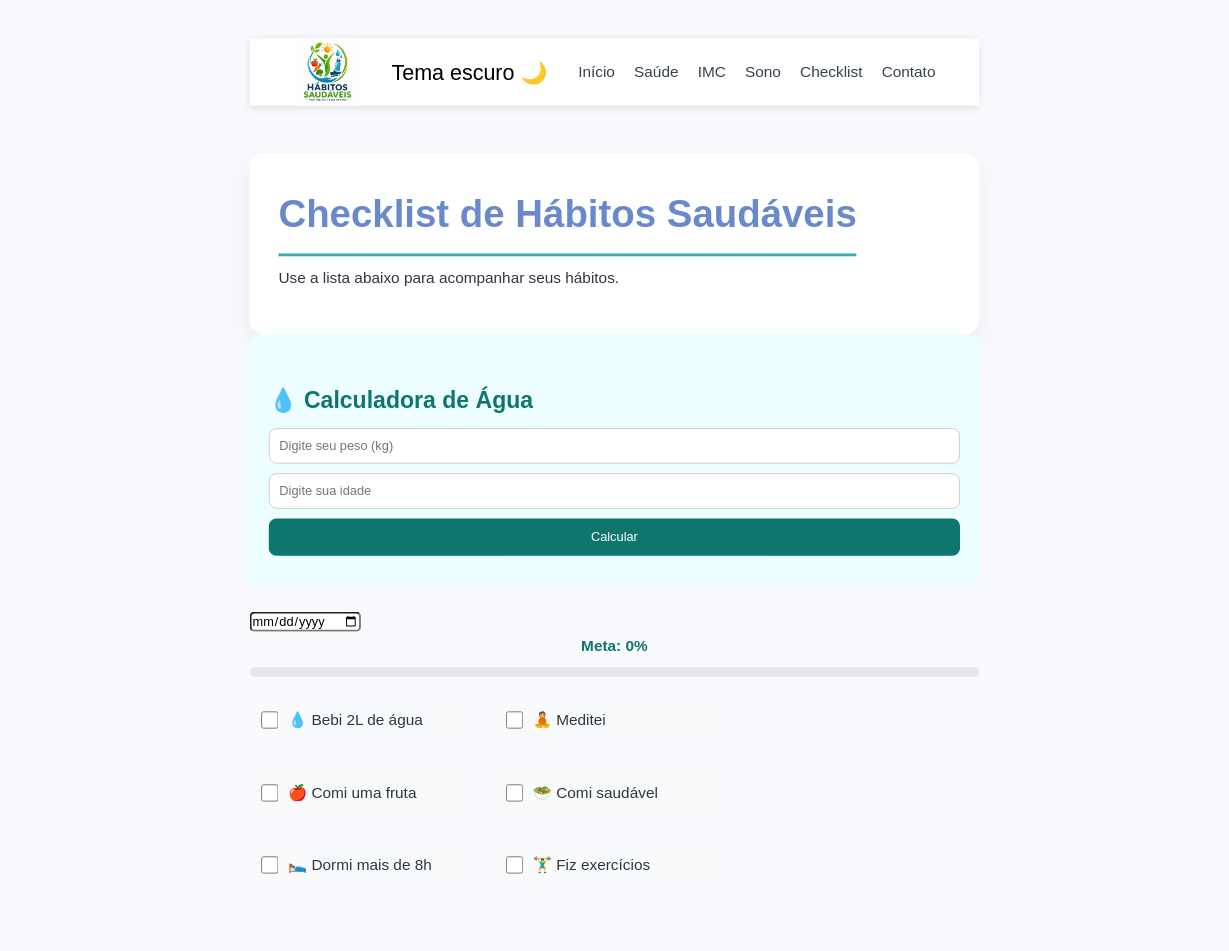
Repository: habitos2026/projetointegrador2026
Page: checklist.html
These files come from the project's save history. The page is drawn as it stood at one moment and after the next save; the edit follows.
The browser window is 1280 px wide. The pictures show the whole page, at 96% of full size.

Above is the page before, as saved 2026-06-10 19:39:12.

After the next save:
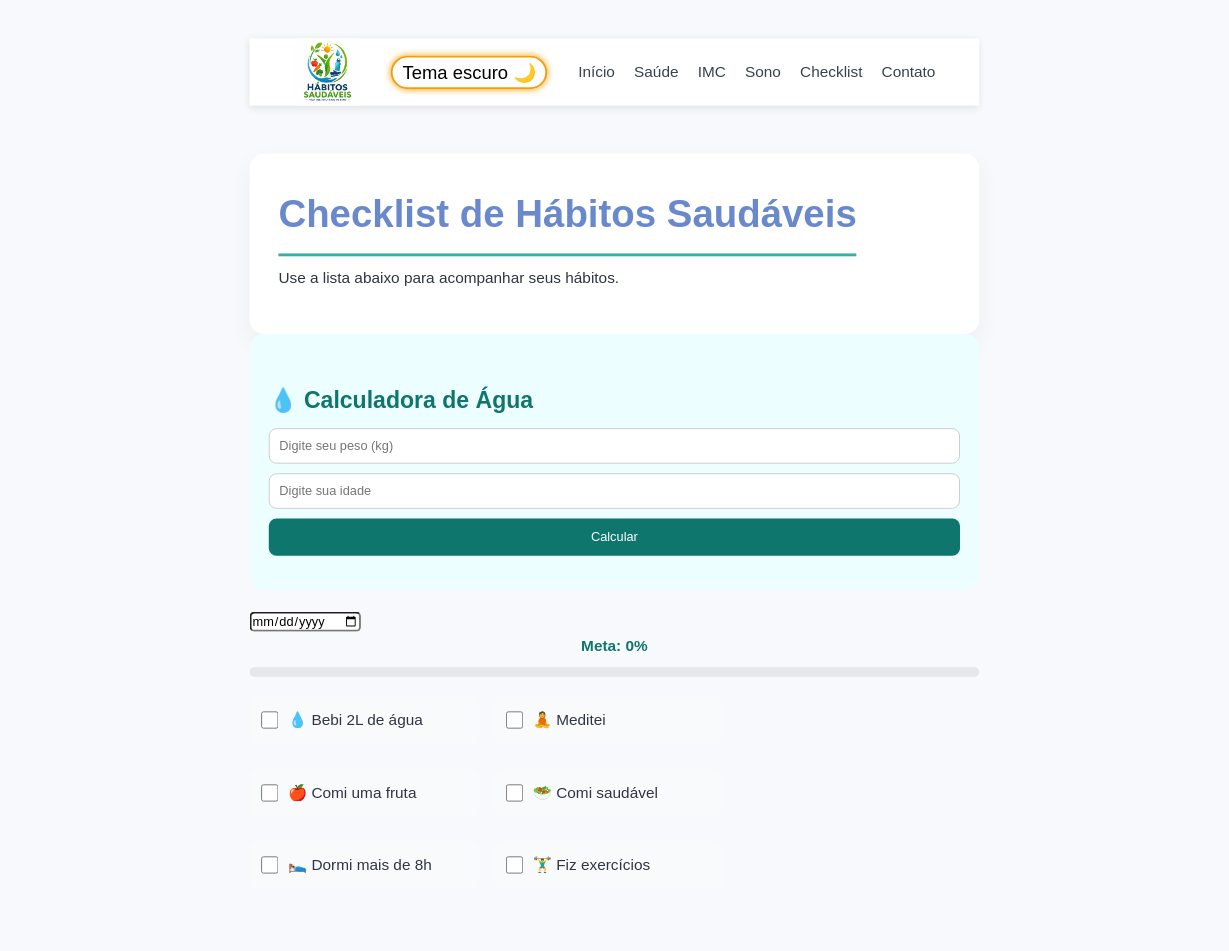
Saved 5 min 6 s later.
--- a/estilos.css
+++ b/estilos.css
@@ -330,81 +330,128 @@ p{
   animation: clickEffect 0.2s ease;
 }
 
-/* ===== DARK MODE ===== */
+/* ===== TEMA CLARO (padrão) — Sol ===== */
+#btnTema {
+    background: transparent;
+    border: 2px solid #f59e0b;
+    border-radius: 50px;
+    padding: 4px 10px;
+    font-size: 1.2rem;
+    cursor: pointer;
+    transition: all 0.3s;
+    box-shadow: 0 0 8px #f59e0b;
+}
+
+#btnTema:hover {
+    transform: scale(1.15) rotate(15deg);
+    box-shadow: 0 0 14px #f59e0b, 0 0 28px #fbbf24;
+}
+
+/* ===== DARK MODE — Noite Neon ===== */
 body.dark {
-    background: #0f172a;
+    background: #0a0f1e;
     color: #e2e8f0;
 }
 
 body.dark header {
-    background: #1e293b;
-    box-shadow: 0 2px 8px rgba(0,0,0,0.4);
+    background: #0d1b2a;
+    box-shadow: 0 2px 12px rgba(0, 255, 234, 0.15);
 }
 
 body.dark .menu {
-    background: #1e293b;
+    background: #0d1b2a;
 }
 
 body.dark .menu a {
-    color: #cbd5e1;
-    border-bottom-color: #334155;
+    color: #94a3b8;
+    border-bottom-color: #1e3a5f;
+}
+
+body.dark .menu a:hover {
+    color: #00ffe0;
+    text-shadow: 0 0 8px #00ffe0;
 }
 
 body.dark main,
 body.dark section {
-    background: #1e293b;
-    box-shadow: 0 10px 25px rgba(0,0,0,0.3);
+    background: #0d1b2a;
+    box-shadow: 0 0 20px rgba(0, 255, 234, 0.08);
+}
+
+body.dark h1 {
+    color: #38bdf8;
+    text-shadow: 0 0 10px #38bdf8;
+}
+
+body.dark h2 {
+    color: #00ffe0;
+    text-shadow: 0 0 6px #00ffe0;
 }
 
 body.dark .agua-box {
-    background: #164e63;
+    background: #0d2137;
+    border: 1px solid #00ffe055;
+    box-shadow: 0 0 12px rgba(0, 255, 234, 0.1);
 }
 
 body.dark .agua-box input,
-body.dark .imc-box input {
-    background: #0f172a;
-    color: #e2e8f0;
-    border-color: #475569;
-}
-
-body.dark .habit-item {
-    background: #1e293b;
-    color: #e2e8f0;
-}
-
-body.dark .barra {
-    background: #334155;
-}
-
-body.dark li {
-    background: #1e293b;
-    color: #e2e8f0;
-}
-
-body.dark .contato-box {
-    background: #1e293b;
-    color: #e2e8f0;
-}
-
+body.dark .imc-box input,
 body.dark .contato-form input,
 body.dark .contato-form textarea {
-    background: #0f172a;
+    background: #0a0f1e;
     color: #e2e8f0;
-    border-color: #475569;
-}
-
-/* Botão tema */
-#btnTema {
-    background: transparent;
-    border: none;
-    font-size: 1.4rem;
-    cursor: pointer;
-    transition: transform 0.3s;
-}
-
-#btnTema:hover {
-    transform: scale(1.2);
-    text-shadow: 0 0 10px rgba(255, 255, 0, 0.7);
+    border-color: #1e3a5f;
+}
+
+body.dark .agua-box button,
+body.dark .imc-box button,
+body.dark .contato-form button {
+    box-shadow: 0 0 10px rgba(0, 255, 234, 0.3);
+}
+
+body.dark .habit-item {
+    background: #0d1b2a;
+    border-left: 3px solid #00ffe055;
+}
+
+body.dark .barra {
+    background: #1e293b;
+}
+
+body.dark .barra span {
+    background: #00ffe0;
+    box-shadow: 0 0 8px #00ffe0;
+}
+
+body.dark li {
+    background: #0d1b2a;
+    border-left-color: #00ffe0;
+    color: #e2e8f0;
+}
+
+body.dark li:hover {
+    background: #0d2137;
+    box-shadow: 4px 0 12px rgba(0, 255, 234, 0.2);
+}
+
+body.dark .contato-box {
+    background: #0d1b2a;
+    box-shadow: 0 0 20px rgba(0, 255, 234, 0.1);
+}
+
+body.dark footer {
+    color: #475569;
+}
+
+/* Botão tema no dark — borda neon */
+body.dark #btnTema {
+    border-color: #00ffe0;
+    box-shadow: 0 0 8px #00ffe0, 0 0 16px #00ffe055;
+    color: #00ffe0;
+}
+
+body.dark #btnTema:hover {
+    box-shadow: 0 0 14px #00ffe0, 0 0 30px #00ffe0;
 }
 
 @keyframes clickEffect {
